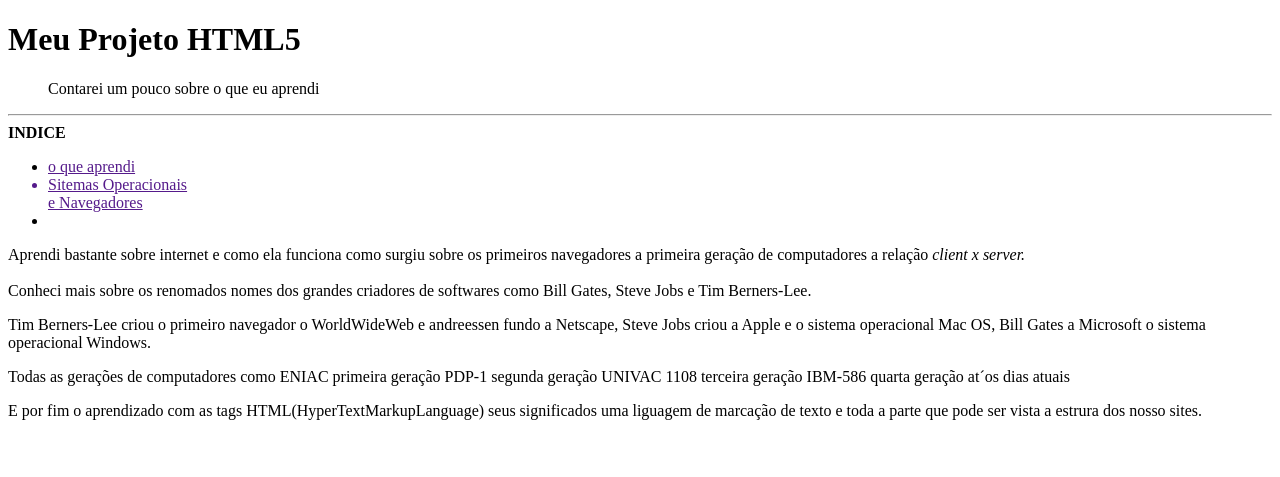
Repository: gustavotwist/meu-html
Page: index.html
The author's editor kept a copy of each file at every save. The page is drawn from the files as they stood at one save, then again after the next save.
The browser window is 1280 px wide. The pictures show the whole page.

Above is the page before, as saved 2024-04-24 22:28:08.

After the next save:
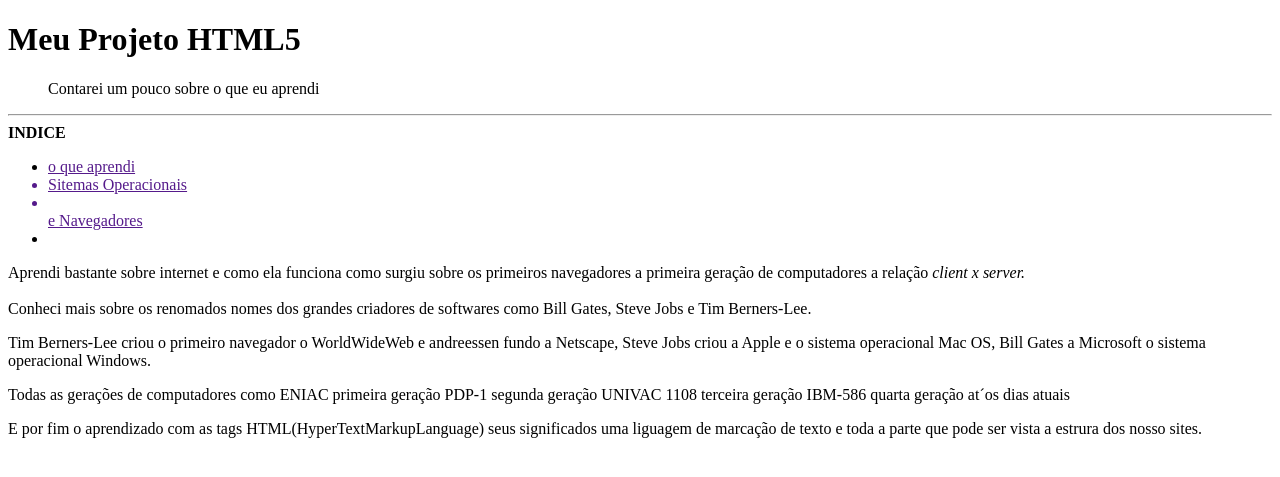
Saved 16 s later.
--- a/index.html
+++ b/index.html
@@ -11,7 +11,7 @@
     <strong>INDICE</strong>
     <ul>
         <li><a href="">o que aprendi</a></li>
-        <a href=""><li>Sitemas Operacionais </li>e Navegadores</a>
+        <a href=""><li>Sitemas Operacionais </li><li></li>e Navegadores</a>
         <li></li>
     </ul>
 

After the save that followed:
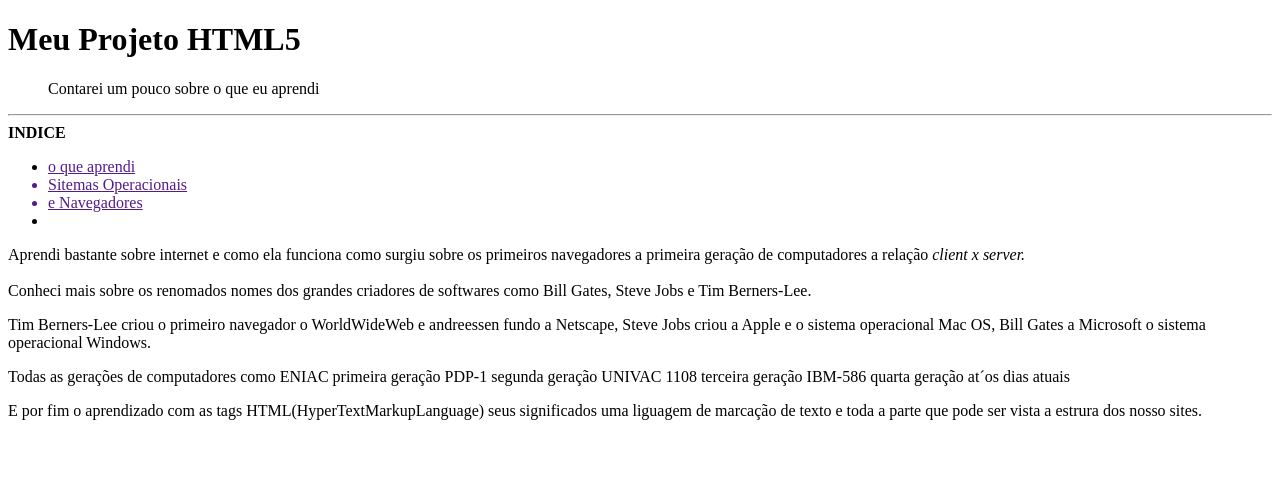
Saved 9 s later.
--- a/index.html
+++ b/index.html
@@ -11,7 +11,7 @@
     <strong>INDICE</strong>
     <ul>
         <li><a href="">o que aprendi</a></li>
-        <a href=""><li>Sitemas Operacionais </li><li></li>e Navegadores</a>
+        <a href=""><li>Sitemas Operacionais </li><li>e Navegadores</li></a>
         <li></li>
     </ul>
 
